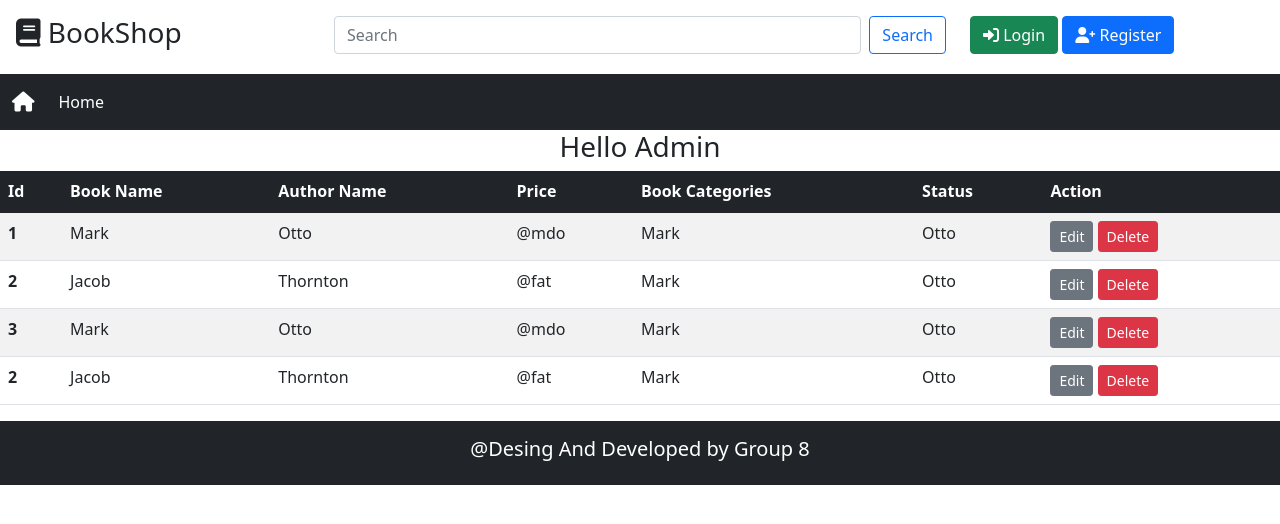
Repository: Abhishekverma23797/BookShopApp
Page: http://localhost/Ebook-App/Admin/all_books.jsp
An editor plug-in stored every save of this project. The page is shown before and after the next save, followed by the edit.
The browser window is 1280 px wide. The pictures show the whole page.
The page is served by Tomcat 9.

Above is the page before, as saved 2021-12-10 12:21:34.

After the next save:
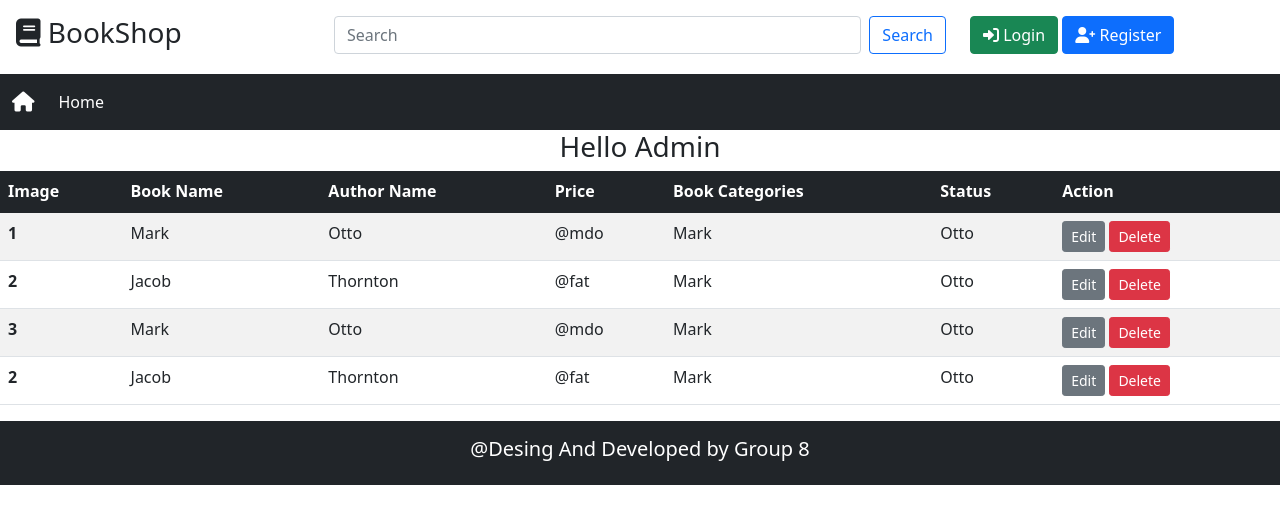
Saved 1 s later.
--- a/Ebook-App/src/main/webapp/Admin/all_books.jsp
+++ b/Ebook-App/src/main/webapp/Admin/all_books.jsp
@@ -14,7 +14,7 @@
 	<table class="table table-striped table-hover">
 		<thead class="table-dark">
 			<tr>
-				<th scope="col">Id</th>
+				<th scope="col">Image</th>
 				<th scope="col">Book Name</th>
 				<th scope="col">Author Name</th>
 				<th scope="col">Price</th>
